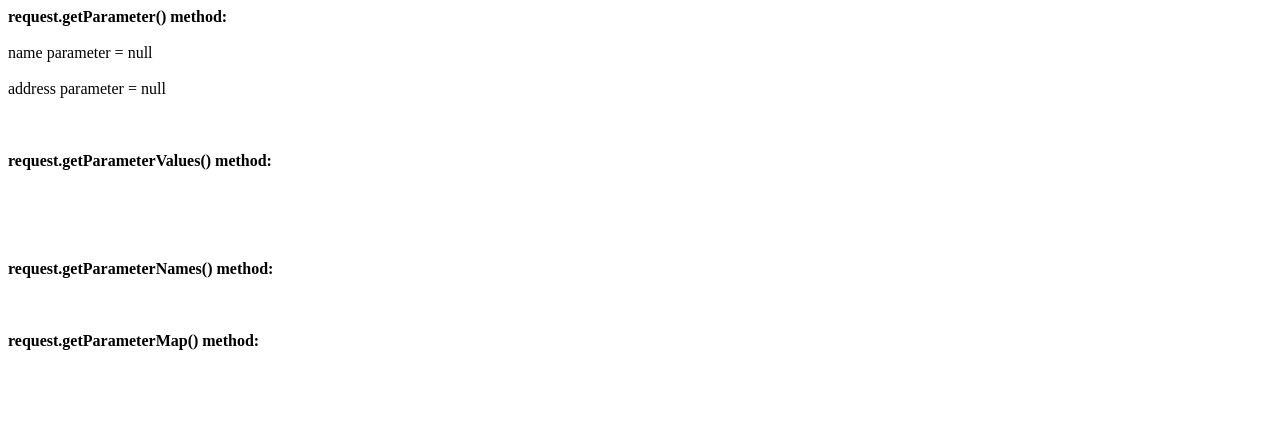
Repository: tomaters/servlets-JSP
Page: http://localhost/jsptest/implicit/viewParameter.jsp
An editor plug-in stored every save of this project. The page is shown before and after the next save, followed by the edit.
The browser window is 1280 px wide. The pictures show the whole page.
The page is served by Tomcat 10.

Above is the page before, as saved 2023-12-01 00:45:13.

After the next save:
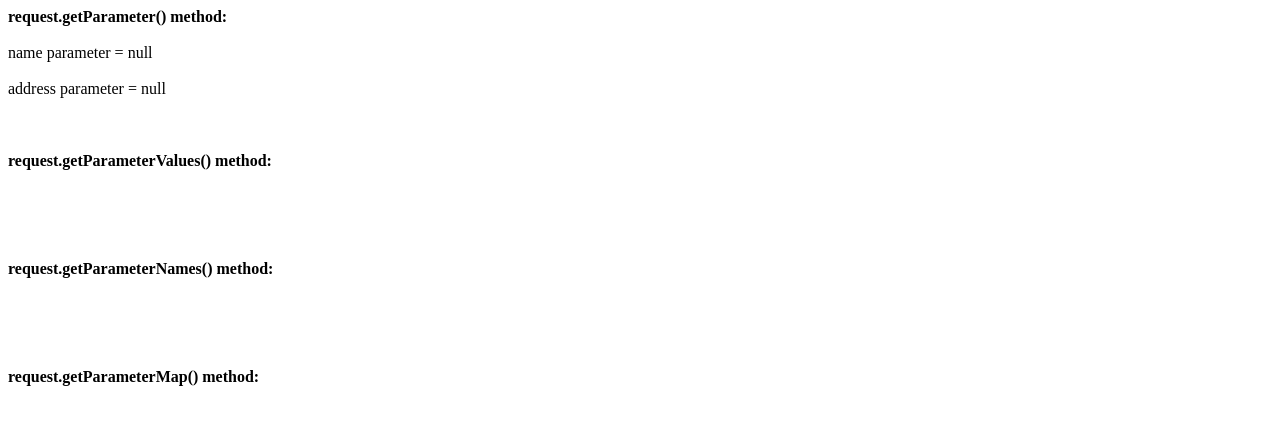
Saved 57 s later.
--- a/jsptest/src/main/webapp/implicit/viewParameter.jsp
+++ b/jsptest/src/main/webapp/implicit/viewParameter.jsp
@@ -26,7 +26,7 @@
 	%>
 	<br></br><br></br>
 
-	<b>request.getParameterNames() method: </b>
+	<b>request.getParameterNames() method: </b><br></br>
 	<%
 		Enumeration enumerationData = request.getParameterNames();
 		while(enumerationData.hasMoreElements()) {
@@ -36,7 +36,7 @@
 	%>
 	<br></br><br></br>
 
-	<b>request.getParameterMap() method: </b>
+	<b>request.getParameterMap() method: </b><br></br>
 	<%
 		Map parameterMap = request.getParameterMap();
 		String[] nameParameter = (String[])parameterMap.get("name");
